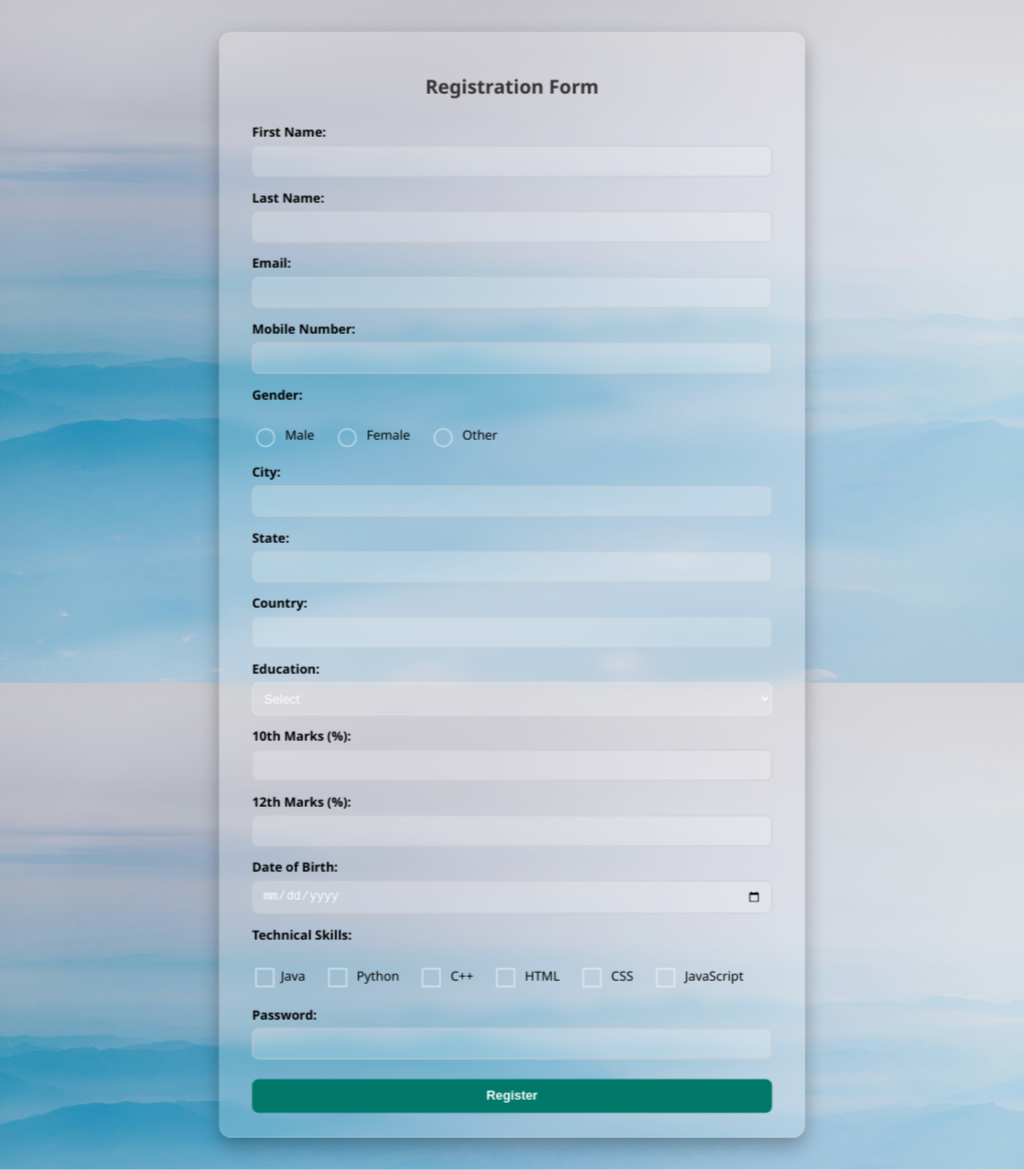
Repository: aboli-vyas/Servlet_Projects
Page: Sevlet_Project/src/main/webapp/Registration.html
These files come from the project's save history. The page is drawn as it stood at one moment and after the next save; the edit follows.
The browser window is 1280 px wide. The pictures show the whole page, at 80% of full size.
Backgrounds fixed to the window are drawn as part of the page.

Above is the page before, as saved 2025-06-07 04:07:35.

After the next save:
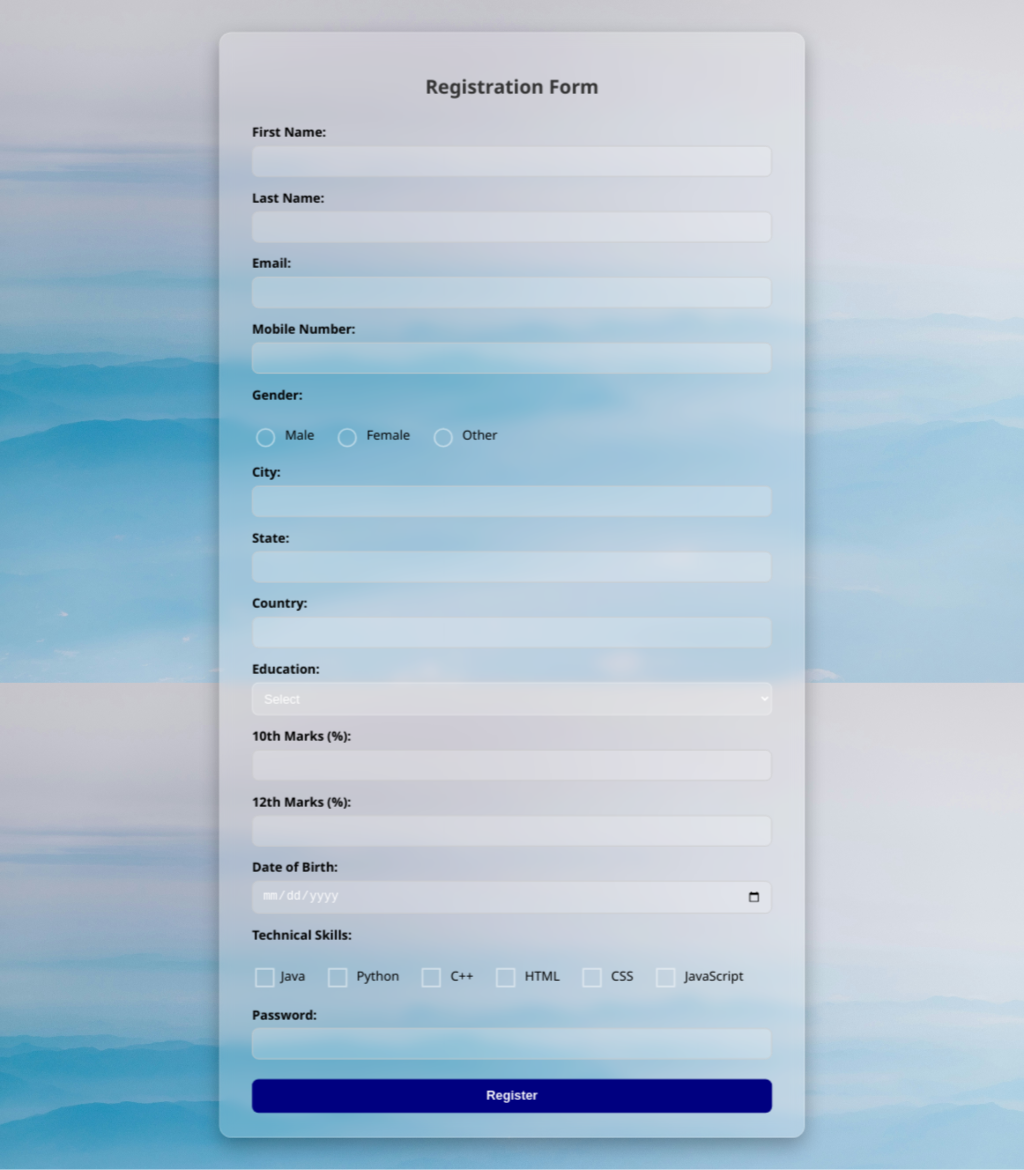
Saved 27 s later.
--- a/Sevlet_Project/src/main/webapp/style.css
+++ b/Sevlet_Project/src/main/webapp/style.css
@@ -89,7 +89,7 @@ button {
     margin-top: 25px;
     width: 100%;
     padding: 12px;
-    background: #00796b;
+    background:navy;
     color: white;
     border: none;
     font-size: 16px;
